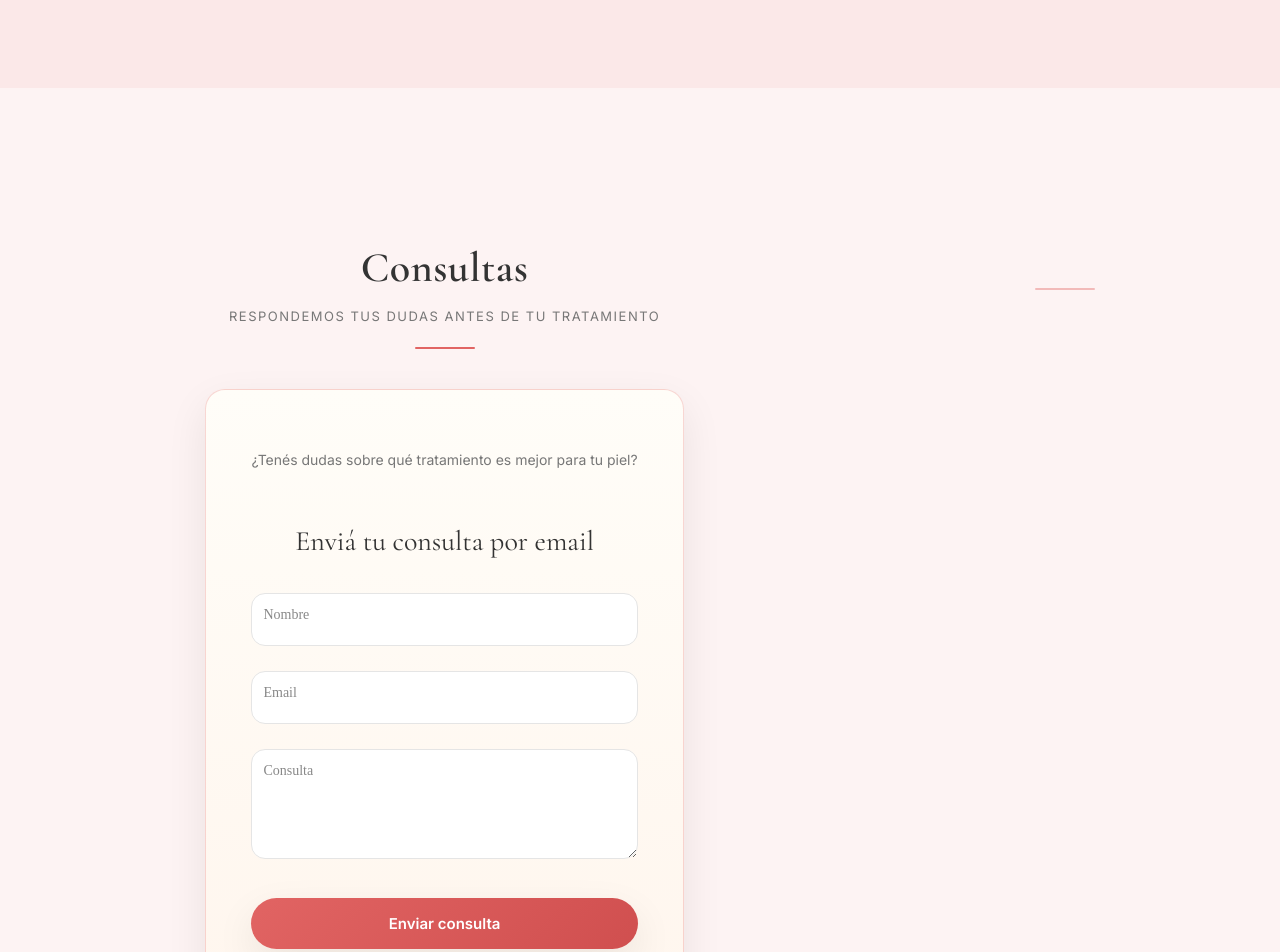
Repository: thiagobal1891-sudo/paginaweb
Page: pages/agenda.html
These files come from the project's save history. The page is drawn as it stood at one moment and after the next save; the edit follows.
The browser window is 1280 px wide. The pictures show the part of the page from y = 1171 to 2123 px (the page is 2625 px tall before and 2590 px after).
Some web fonts or font styles are not loaded; a fallback is used.

Above is the page before, as saved 2026-03-11 19:20:25.
Console error: ReferenceError: emailjs is not defined

### pages/agenda.html
<!DOCTYPE html>
<html lang="es">

<head>
  <meta charset="UTF-8">
  <meta name="viewport" content="width=device-width, initial-scale=1.0">
  <title>Fabiana Cosmetóloga</title>

  <!-- 🎨 Estilos locales -->
  <link rel="stylesheet" href="../css/style.css">

  <!-- 🪶 Tipografías -->
  <link rel="preconnect" href="https://fonts.googleapis.com">
  <link rel="preconnect" href="https://fonts.gstatic.com" crossorigin>
  <link
    href="https://fonts.googleapis.com/css2?family=Melodrama:wght@400;500;600;700&family=Inter:wght@100..900&family=Poppins:wght@100..900&family=Cormorant+Garamond:wght@300..700&display=swap"
    rel="stylesheet">

  <!-- ⭐ Font Awesome -->
  <link rel="stylesheet" href="https://cdnjs.cloudflare.com/ajax/libs/font-awesome/6.5.0/css/all.min.css"
    crossorigin="anonymous" referrerpolicy="no-referrer" />
</head>

<body>
  <header>
    <div class="container">
      <a href="../index.html" class="logo">
        <img src="../media/logo.png" alt="Logo de la marca">
      </a>
      <nav>
        <a href="servicios.html">SERVICIOS</a>
        <a href="agenda.html">AGENDA</a>
        <a href="info.html">INFO</a>
        <a href="contacto.html">CONTACTO</a>
      </nav>
    </div>
  </header>
<section id="agenda-ya" class="appear">

<div class="section-title">
  <h2>Agenda tu próxima cita</h2>
  <p>Elegí el horario disponible</p>
</div>

<div class="agenda-card">
  <iframe
  src="https://calendar.google.com/calendar/appointments/schedules/AcZssZ2eKdgVxdvbgrkUTVsqOwalHssheLS5kVcqAfOLuK-u68fTKpPQHXKQoJWOc8hcPsaKt-rAaWGU?gv=true"
  width="100%"
  height="600"
  style="border:0">
  </iframe>
</div>

</section>

<section id="consultas">

<div class="container">

<div class="section-title">
<h2>Consultas</h2>
<p>Respondemos tus dudas antes de tu tratamiento</p>
</div>

<div class="consulta-card">

<p class="consulta-sub">
¿Tenés dudas sobre qué tratamiento es mejor para tu piel?
</p>

<h3>Enviá tu consulta por email</h3>

<form id="consulta-form">

<div class="form-group">
<input type="text" name="user_name" required placeholder=" ">
<label>Nombre</label>
</div>

<div class="form-group">
<input type="email" name="user_email" required placeholder=" ">
<label>Email</label>
</div>

<div class="form-group">
<textarea name="message" rows="4" required placeholder=" "></textarea>
<label>Consulta</label>
</div>

<button type="submit" class="btn-enviar">
Enviar consulta
</button>

</form>

</div>

</div>

</section>


<footer class="footer">
  <div class="footer-container">

    <!-- Marca -->
    <div class="footer-brand">
      <h3>Fabiana Cosmetóloga</h3>
      <p>Cuidado profesional para tu piel</p>
    </div>

    <!-- Links internos -->
    <div class="footer-links">
      <a href="../index.html">Inicio</a>
      <a href="../pages/servicios.html">Servicios</a>
      <a href="../pages/agenda.html">Agenda</a>
      <a href="../pages/info.html">Info</a>
      <a href="../pages/contacto.html">Contacto</a>
    </div>

    <!-- Redes -->
    <div class="footer-social">
      <a href="https://wa.me/59894623252" target="_blank">
        <i class="fa-brands fa-whatsapp"></i>
      </a>
      <a href="https://www.instagram.com/fabicosmetologa" target="_blank">
        <i class="fa-brands fa-instagram"></i>
      </a>
    </div>

  </div>

  <div class="footer-bottom">
    <p>© 2026 Fabiana Cosmetóloga · Todos los derechos reservados</p>
  </div>
</footer>

  <!-- 📧 EmailJS -->
  <script src="https://cdn.jsdelivr.net/npm/emailjs-com@3/dist/email.min.js"></script>

  <!-- 🧠 Archivo JS externo -->
  <script src="../script.js" defer></script>


</body>

</html>

### css/style.css
@charset "UTF-8";

* {
  box-sizing: border-box;
}

html {
  scroll-behavior: smooth;
}


body {
  font-family: "Melodrama", serif;
  margin: 0;
}

@keyframes appear {
  from {
    opacity: 0;
    scale: 0.5;
  }
  to {
    opacity: 1;
    scale: 1;
  }
}
.appear{
opacity:0;
transform:translateY(40px);
transition:all .8s ease;
}

.appear.show{
opacity:1;
transform:translateY(0);
}
h1 {
  font-size: 3rem;
  line-height: 1.1;
}

h2 {
  font-size: 2rem;
  line-height: 1.2;
}

p {
  font-size: 1rem;
  line-height: 1.6;
}

h3 {
  font-size: 0.9em;
  font-family: "Inter", sans-serif;
  font-weight: 400;
  letter-spacing: 1.5px;
  color: #f3c1c1; /* tono más delicado que rojo fuerte */
  text-transform: uppercase;
}

section{
position:relative;
}

section::after{
content:"";
display:block;
width:60px;
height:2px;
background:#E16463;
margin:80px auto 0;
opacity:.4;
border-radius:2px;
}


.info_carta {
  font-size: 0.75em;
  color: #f2f2f2;
  font-family: "Inter", sans-serif;
  line-height: 1;
  margin-bottom: 2px;
  max-width:450px;
}


ul {
  list-style: none;
  padding-left: 0;
  font-size: 0.75em;
  font-family: "Inter", sans-serif;
  color: #ffffff;
}

ul li {
  margin-bottom: 4px;
  line-height: 1.3;
  padding-left: 22px;
  position: relative;
  opacity: 0.95;
  transition: transform 0.3s ease, opacity 0.3s ease;
}


ul li::before {
  content: "✧";
  position: absolute;
  left: 0;
  top: 0;
  color: #f3c1c1;
  font-size: 0.75em;
}


button {
  font-size: 1.5em;
  font-weight: 400;
  padding: 10px 30px;
  border-radius: 10px;
  border: 1.5px solid rgb(84, 84, 84);
  box-shadow: 0 15px 40px rgba(0,0,0,.08);
  color: white;
  background-color: #d86a6a;
  font-family: "Inter", sans-serif;
  transition: all 0.3s ease;
  cursor: pointer;
  font-weight: bold;
}

button:hover {
  background-color: white;
  color: #E16463;
  border-color: white;
}

.container {
  max-width: 1400px;
  margin: auto;
  padding:0 20px;
}
.container > *:not(:last-child){
margin-bottom:40px;
}
header {
  position: fixed;
  width: 100%;
  top: 0;
  left: 0;
  background-color: white;
  z-index: 1000;
  max-height: 120px;
  box-shadow: 0 15px 40px rgba(0,0,0,.08);
}

header .logo {
  display: flex;
  align-items: center;
  justify-content: flex-start;
}

header .logo img {
  width: 140px;
  /* ajusta según tu diseño */
  height: 90px;
  border-radius: 2px;
  margin-bottom: 10px;
}

header .container {
  display: flex;
  flex-direction: column;
  align-items: center;
}

header nav {
  display: flex;
  flex-direction: row;
  /* 🔹 cambia "column" por "row" */
  justify-content: center;
  /* opcional: centra los ítems horizontalmente */
  align-items: center;
  /* opcional: los alinea verticalmente */
  text-align: center;
}

header a {
  padding: 0px 5px;
  text-decoration: none;
  color: rgb(84, 84, 84);
  display: inline-block;
  font-family: "Inter", sans-serif;
  margin: 0 5px;
  font-size:14px;
letter-spacing:1px;
}

header a:hover {
  color:#E16463;
}

#hero {
    display: flex;
    align-items: flex-start;
    justify-content: center;
    text-align: left;
    flex-direction: column;
    min-height: 90vh;
    background-image: linear-gradient(0deg, rgba(0, 0, 0, 0.5),
      rgba(0, 0, 0, 0.5)),
      url("../media/fotopiel-rutina-de-skincare-cuidado-facial.webp");
      background-repeat: no-repeat;
      background-size: cover;
      background-position: center center; }

#hero h1 {
  color: white;
  font-family: "Cormorant Garamond";
  font-weight: 600;
  align-self: flex-start;
  text-align: left;
  padding-left: 50px;
  font-size: 5.5rem;
  max-width:700px;
  animation:heroFade 1.2s ease;
}
@keyframes heroFade{
from{
opacity:0;
transform:translateY(40px);
}
to{
opacity:1;
transform:translateY(0);
}
}
#hero button {
  font-size: 1.75em;
  align-self: flex-start;
  margin-left: 150px;
  margin-top: 25px;
  animation:heroFade 1.6s ease;
}


.section-title{
text-align:center;
margin-bottom:60px;
position:relative;
}

.section-title h2{
font-family:"Cormorant Garamond", serif;
font-size:36px;
font-weight:600;
color:#333;
margin-bottom:10px;
letter-spacing:0.5px;
}

.section-title p{
font-family:"Inter", sans-serif;
font-size:13px;
color:#777;
letter-spacing:1.5px;
text-transform:uppercase;
}

/* línea elegante */
.section-title::after{
content:"";
display:block;
width:60px;
height:2px;
background:#E16463;
margin:20px auto 0;
border-radius:2px;
}
.carousel_infocosmet {
  width: 100%;
  overflow: hidden;
  position: relative;
  background-color:  rgba(225,100,99,.15);
  padding:90px 0;
}
.carousel-track{
display:flex;
transition:transform .9s cubic-bezier(.22,.61,.36,1);
}
.slide{
min-width:100%;
width:100%;
flex-shrink:0;
display:flex;
align-items:flex-start;
justify-content:center;
gap:40px;
position:relative;
  opacity:1;
  transform:scale(1);
  transition:all .5s ease;
}
.slide.active{
opacity:1;
transform:scale(1);
}
.slide:hover img{
transform:scale(1.04);
}
.slide:hover .img-wrapper{
box-shadow:0 15px 40px rgba(0,0,0,.08);
}
.img-wrapper{
position:relative;
width:100%;
max-width:520px;
height:320px;
overflow:hidden;
border-radius:12px;
margin:0 auto;
display: block;
box-shadow:0 15px 40px rgba(0,0,0,.08);
transition:all .4s ease;
}

.img-wrapper .badge{
position:absolute;
left:12px;

display:inline-block;

background:rgba(0,0,0,0.55);
backdrop-filter:blur(4px);

color:white;
font-family:"Inter", sans-serif;
font-size:11px;
letter-spacing:1.5px;

padding:6px 14px;
border-radius:20px;

white-space:nowrap;

z-index:5;

box-shadow:0 15px 40px rgba(0,0,0,.08);
border:1px solid rgba(255,255,255,0.15);
}
.img-wrapper img {
width:100%;
height:100%;
object-fit:cover;
display: block;
transition:transform .6s ease, filter .6s ease;
}

.img-wrapper:hover{
transform:translateY(-4px);
box-shadow:0 15px 40px rgba(0,0,0,.08);
}
.badge.top{
top:12px;
}

.badge.bottom{
bottom:12px;
}
#infocosmet .img-wrapper{
position:relative;
overflow:hidden;
}

#infocosmet .badge{
position:absolute;
left:12px;
background:rgba(0,0,0,.55);
backdrop-filter:blur(4px);
color:white;
font-family:"Inter",sans-serif;
font-size:11px;
letter-spacing:1.5px;
padding:6px 14px;
border-radius:20px;
white-space:nowrap;
z-index:20;
}

#infocosmet .badge.top{
top:12px;
}

#infocosmet .badge.bottom{
bottom:12px;
}


#Tratamientos .container{
  background: linear-gradient(180deg, #fffdf8, #fff6ee);
  box-shadow: 0 15px 40px rgba(0,0,0,.08);
}




.carousel-wrapper{
overflow:hidden;
max-width:1200px;
margin:0 auto;
position:relative;
}

/* TRACK */
.carta-tratamientos{
display:flex;
gap:30px;
overflow-x:auto;
scroll-snap-type:x mandatory;
scroll-behavior:smooth;
padding:10px;
}

/* ocultar scrollbar */
.carta-tratamientos::-webkit-scrollbar{
display:none;
}

/* CARTAS */
.carta{
flex:0 0 100%;
scroll-snap-align:center;
height:520px;
border-radius:12px;
background:white;
padding:40px;
background-size:cover;
background-position:center;
position:relative;
overflow: hidden;
}

.carta::before{
content:"";
position:absolute;
top:0;
left:0;
width:100%;
height:3px;
background:#E16463;
transform:scaleX(0);
transform-origin:left;
transition:transform 0.3s ease;
}

.carta:hover::before{
transform:scaleX(1);
}
/* Asegura que el contenido quede arriba */
.carta > * {
  position: relative;
  z-index: 2;
}
.carta h3{
margin-bottom:10px;
}

.carta p{
margin-bottom:10px;
}

.carta ul{
margin-top:10px;
}

.carta:hover::after{
left:100%;
}



.carta:hover ul li {
  transform: translateX(4px);
  opacity: 1;
}
.carta:hover h3{
color:#E16463;
}
.carta,
.agenda-card,
.consulta-card{
transition:all .35s ease;
}

.carta:hover,
.agenda-card:hover,
.consulta-card:hover{
transform:translateY(-6px);
box-shadow:0 20px 50px rgba(0,0,0,.12);
}
/* FLECHAS */
.arrow {
  all: unset;              /* 🔥 reset total del botón */
  position: absolute;
  top: 50%;
  transform: translateY(-50%);
  z-index: 999;
  width: 40px;
  height: 40px;
  border-radius: 50%;
  background: rgba(0,0,0,0.6);
  color: white;
  display: flex;
  align-items: center;
  justify-content: center;
  cursor: pointer;
}


.arrow.left {
  left: 15px;
}

.arrow.right {
  right: 15px;
}


.carta:first-child {
  background-image: linear-gradient(0deg, rgba(0, 0, 0, 0.5), rgba(0, 0, 0, 0.5)), url("../media/Tratamientos-3.jpg");
}

.carta:nth-child(2) {
  background-image: linear-gradient(0deg, rgba(0, 0, 0, 0.5), rgba(0, 0, 0, 0.5)), url("../media/Tratamientos-2.jpg");
}

.carta:nth-child(3) {
  background-image: linear-gradient(0deg, rgba(0, 0, 0, 0.5), rgba(0, 0, 0, 0.5)), url("../media/Tratamientos-1.jpg");
}

.carta:nth-child(4) {
  background-image: linear-gradient(0deg, rgba(0, 0, 0, 0.5), rgba(0, 0, 0, 0.5)), url("../media/Tratamientos-1.jpg");
}

.carta:nth-child(5) {
  background-image: linear-gradient(0deg, rgba(0, 0, 0, 0.5), rgba(0, 0, 0, 0.5)), url("../media/Tratamientos-2.jpg");
}

.carta:nth-child(6) {
  background-image: linear-gradient(0deg, rgba(0, 0, 0, 0.5), rgba(0, 0, 0, 0.5)), url("../media/Tratamientos-1.jpg");
}

.carta:nth-child(7) {
  background-image: linear-gradient(0deg, rgba(0, 0, 0, 0.5), rgba(0, 0, 0, 0.5)), url("../media/Tratamientos-1.jpg");
}

#caracteristicas {
  background: #fff9ec;
  padding: 180px 20px;
}

#caracteristicas .container {
  display: flex;
  justify-content: center;
}

#caracteristicas .contact-card {
  width: 100%;
  max-width: 700px;
  background: #fffdf8;
  border: 2px solid #E16463;
  border-radius: 30px;
  padding: 40px 50px;
  text-align: center;
  box-shadow: 0 15px 40px rgba(0,0,0,.08);
}


/* Títulos */
#caracteristicas .contact-card {
  background: linear-gradient(180deg, #fffdf8, #fff6ee);
  border: 2px solid rgba(225,100,99,.6);
  box-shadow: 0 15px 40px rgba(0,0,0,.08);
}


#caracteristicas .contact-card h3 {
  font-weight: normal;
  font-style: italic;
  margin-bottom: 40px;
  color: #E16463;
}

/* Items */
#caracteristicas .contact-item {
  display: flex;
  align-items: center;
  gap: 20px;
  text-align: left;
}

#caracteristicas .contact-item i {
  font-size: 28px;
  color: #E16463;
}

/* Textos */
#caracteristicas .label {
  display: block;
  font-size: 14px;
  opacity: 0.7;
}

#caracteristicas .valor {
  font-size: 18px;
  font-weight: 600;
  color: #E16463;
  text-decoration: none;
}

/* Separadores */
#caracteristicas .contact-card hr {
  border: none;
  border-top: 1px solid #E16463;
  margin: 25px 0;
}

#agenda-ya{
padding:120px 20px;
background:rgba(225,100,99,.15);
}

.agenda-card{
max-width:900px;
margin:auto;
background:white;
padding:30px;
border-radius:20px;
box-shadow:0 15px 40px rgba(0,0,0,.08);
border:1px solid rgba(225,100,99,.2);
}

/* contenedor elegante del calendario */
#agenda-ya iframe{
max-width:900px;
width:100%;
height:650px;
border-radius:20px;
background:white;
box-shadow:0 15px 40px rgba(0,0,0,.08);
border:1px solid rgba(225,100,99,.2);
padding:10px;
}

.contact-item a {
  position: relative;
  text-decoration: none;
  color: #E16463; /* color de marca */
  font-weight: 500;
}


.contact-item a::after {
  content: "";
  position: absolute;
  left: 0;
  bottom: -3px;
  width: 0;
  height: 1px;
  background-color: #E16463;
  transition: width 0.3s ease;
}

.contact-item a:hover::after {
  width: 100%;
}

.link-icon {
  font-size: 0.15em;   /* más pequeño */
  margin-left: 4px;
  opacity: 0.6;       /* más sutil */
  transition: all 0.3s ease;
}
.contact-item a:hover .link-icon {
  opacity: 1;
  transform: translateY(-1px);
}


#consultas{
padding:120px 20px;
background:rgba(225,100,99,.08);
display:flex;
justify-content:center;
}
#consultas .container{
display:flex;
flex-direction:column;
align-items:center;
justify-content:center;
max-width:600px;
margin:0 auto;
}
.consulta-card{
background:linear-gradient(180deg,#fffdf8,#fff6ee);
padding:45px;
border-radius:20px;
box-shadow:0 15px 40px rgba(0,0,0,.08);

width:100%;
max-width:600px;

border:1px solid rgba(225,100,99,.25);

margin:0 auto;

display:flex;
flex-direction:column;
align-items:center;
}
.consulta-sub{
text-align:center;
font-family:"Inter", sans-serif;
font-size:14px;
color:#777;
margin-bottom:25px;
}
.consulta-card form{
width:100%;
max-width:500px;
margin:auto;
}
.consulta-card h3{
margin-bottom:35px;
text-align:center;
font-family:"Cormorant Garamond", serif;
font-size:28px;
color:#333;
letter-spacing:0;
text-transform:none;
width:100%;
}

/* INPUTS MODERNOS */
.form-group {
  position: relative;
  margin-bottom: 25px;
}
.form-group input,
.form-group textarea{
width:100%;
padding:16px 14px;
border-radius:14px;
border:1px solid #e5e5e5;
font-size:15px;
font-family:"Inter", sans-serif;
outline:none;
transition:all .3s ease;
background:#fff;
}

.form-group input:focus,
.form-group textarea:focus{
border-color:#E16463;
box-shadow:0 0 0 3px rgba(225,100,99,.15);
}
/* LABEL flotante */
.form-group label {
  position: absolute;
  left: 12px;
  top: 14px;
  font-size: 14px;
  color: #888;
  transition: 0.3s ease;
  pointer-events: none;
}

.form-group input:focus + label,
.form-group input:not(:placeholder-shown) + label,
.form-group textarea:focus + label,
.form-group textarea:not(:placeholder-shown) + label {
  top: -8px;
  left: 10px;
  font-size: 12px;
  background: white;
  padding: 0 5px;
  color: #E16463;
}

.btn-enviar{
width:100%;
padding:16px;
border-radius:30px;
border:none;
background:linear-gradient(135deg,#E16463,#d04f4f);
color:white;
font-weight:600;
font-size:15px;
cursor:pointer;
transition:all .3s ease;
margin-top:10px;
}

.btn-enviar:hover{
transform:translateY(-2px);
box-shadow:0 15px 40px rgba(0,0,0,.08);
}

.sobre-nosotros {
  padding: 140px 10%;
  background-color: #f3f3f3;
}

.sobre-nosotros h2 {
  text-align: center;
  font-size: 2.2rem;
  color: #E16463;
  margin-bottom: 60px;
  font-weight: bold;
  margin-top: 100px;
}

.sobre-container {
  display: flex;
  align-items: center;
  justify-content: space-between;
  gap: 60px;
  flex-direction: column;
}

.sobre-texto {
  flex: 1;
  text-align: center;
  font-family: "Cormorant Garamond", serif;
  font-size: 28px;
}

.sobre-texto p {
  font-size: 1.8rem;
  line-height: 1.5;
  margin-bottom: 40px;
}

.link-servicios {
  display: block;
  margin-bottom: 20px;
  font-size: 1rem;
}

.btn-vermas {
  display: inline-flex;
  align-items: center;
  justify-content: center;
  padding: 12px 28px;
  border-radius: 6px;
  font-size: 1rem;
  cursor: pointer;
  font-style: italic;


  background-color: #E16463;   /* 🔥 faltaba esto */
  color: white;                /* 🔥 y esto */
  text-decoration: none;       /* 🔥 importante en <a> */
  border: 1.5px solid #E16463;
  transition: all 0.3s ease;
}

.btn-vermas:hover {
  background-color: white;
  color: #E16463;
}

.sobre-img {
  flex: 1;
}

.sobre-img img {
  width: 100%;
  height: auto;
  display: block;
}

.whatsapp-float{
position:fixed;
bottom:25px;
right:25px;
width:60px;
height:60px;
background:#25D366;
color:white;
border-radius:50%;
display:flex;
align-items:center;
justify-content:center;
font-size:30px;
box-shadow:0 15px 40px rgba(0,0,0,.08);
z-index:1000;
transition:all .3s ease;
}

.whatsapp-float:hover{
transform:scale(1.1);
}

.footer {
  background: #111;
  color: #fff;
  padding: 50px 20px 25px;
}

.footer-container {
  display: flex;
  flex-direction: column;
  align-items: center;
  gap: 35px;
  text-align: center;
}

/* Marca */
.footer-brand h3 {
  font-size: 20px;
  margin-bottom: 8px;
}

.footer-brand p {
  font-size: 14px;
  opacity: 0.7;
}

/* Links */
.footer-links {
  display: flex;
  flex-direction: column;
  gap: 15px;
}

.footer-links a {
  text-decoration: none;
  color: #fff;
  font-size: 15px;
  transition: 0.3s;
}

.footer-links a:active {
  color: #E16463;
}

/* Redes */
.footer-social {
  display: flex;
  gap: 30px;
  margin-top: 10px;
}

.footer-social a {
  font-size: 28px;
  color: #fff;
  transition: 0.3s;
}

.footer-social a:active {
  transform: scale(0.9);
  color: #E16463;
}

/* Línea inferior */
.footer-bottom {
  margin-top: 40px;
  padding-top: 20px;
  border-top: 1px solid rgba(255,255,255,0.15);
  font-size: 13px;
  opacity: 0.6;
}

@media (max-width:480px){

.img-wrapper{
height:240px;
}

}

@media (min-width: 768px){

#hero {
  align-items: center;
  text-align: center;
  padding: 0 10%;
}

#hero h1 {
  padding-left: 0;
  align-self: center;
}

#hero button {
  margin-left: 0;
  align-self: center;
}

header .container {
  flex-direction: row;
  justify-content: space-between;
  align-items: center;
  padding: 0 40px;
}

header nav {
  gap: 25px;
}

.slide {
  flex-direction: row;
  justify-content: center;
  gap: 40px;
}
.slide::after{
content:"";
position:absolute;
top:50%;
left:50%;
transform:translate(-50%,-50%);
width:1px;
height:70%;
background:linear-gradient(
to bottom,
transparent,
rgba(225,100,99,0.4),
transparent
);
pointer-events:none;
}

.slide img{
max-width:450px;
height:260px;
}

/* 🔥 CARRUSEL TRATAMIENTOS (ARREGLADO) */
.carta-tratamientos{
  display:flex;
  gap:30px;
}

.carta{
  flex:0 0 calc((100% - 30px) / 2);
  height:520px;
  border-radius:20px;
}

.sobre-container {
  flex-direction: row;
  align-items: center;
  text-align: left;
}

.sobre-texto {
  text-align: left;
}

.sobre-texto p {
  font-size: 1.5rem;
}

#caracteristicas {
  padding: 120px 20px;
}

.footer-container {
  flex-direction: row;
  justify-content: space-between;
  align-items: flex-start;
  text-align: left;
  max-width: 1200px;
  margin: auto;
}

}


@media (min-width: 1024px) {
  #hero {
  align-items: center;
  text-align: center;
  padding: 0 10%;
}

#hero h1 {
  font-size: 4.5em;
  padding-left: 0;
  align-self: center;
}

#hero button {
  margin-left: 0;
  align-self: center;
}
header .container {
  flex-direction: row;
  justify-content: space-between;
  align-items: center;
  padding: 0 40px;
}

header nav {
  gap: 25px;
}


.slide {
  display: flex;
  flex-direction: row;
  justify-content: center;
  gap: 40px;
}

/* Contenedor de cada imagen */
.img-wrapper {
  width: 450px;
  height: 260px;
  overflow: hidden;
  border-radius: 15px;
}

/* Imagen */
.img-wrapper img {
  width:100%;
  height:100%;
  object-fit:cover;
  display: block;
}

#Tratamientos {
  padding:120px 10%;
  background-color: rgba(225,100,99,.15);
}
#Tratamientos .container {
  background: linear-gradient(180deg, #fffdf8, #fff6ee);
  padding: 80px 0;
}


/* WRAPPER GENERAL */
.carousel-wrapper {
  overflow: hidden;
  max-width:1200px;
  margin:0 auto;
}

/* CONTENEDOR DE TODAS LAS CARTAS */
.carta-tratamientos{
display:flex;
gap:30px;
transition: transform 0.5s ease;
}

.carta{
flex:0 0 calc((100% - 30px) / 2);
min-height:520px;
height:auto;
border-radius:20px;
padding:50px 60px;
}




.arrow {
  all: unset;
  position: absolute;
  top: 50%;
  transform: translateY(-50%);
  z-index: 5;
  width: 40px;
  height: 40px;
  border-radius: 50%;
  color: white;
  display: flex;
  align-items: center;
  justify-content: center;
  cursor: pointer;
  background-color: rgba(225,100,99,.08);
}

.arrow.left {
  left: 10px;
}

.arrow.right {
  right: 10px;
}

.section-title h2{
font-size:42px;
}

.section-title{
margin-bottom:80px;
}

.sobre-container {
  flex-direction: row;
  align-items: center;
  text-align: left;
}

.sobre-texto {
  text-align: left;
}

.sobre-texto p {
  font-size: 1.5rem;
}
#caracteristicas {
  padding: 120px 20px;
}
#agenda-ya{
padding:120px 20px;
}
.footer-container {
  flex-direction: row;
  justify-content: space-between;
  align-items: flex-start;
  text-align: left;
  max-width: 1200px;
  margin: auto;
}


}

Loaded but not shown: script.js (122 lines, source omitted)

After the next save:
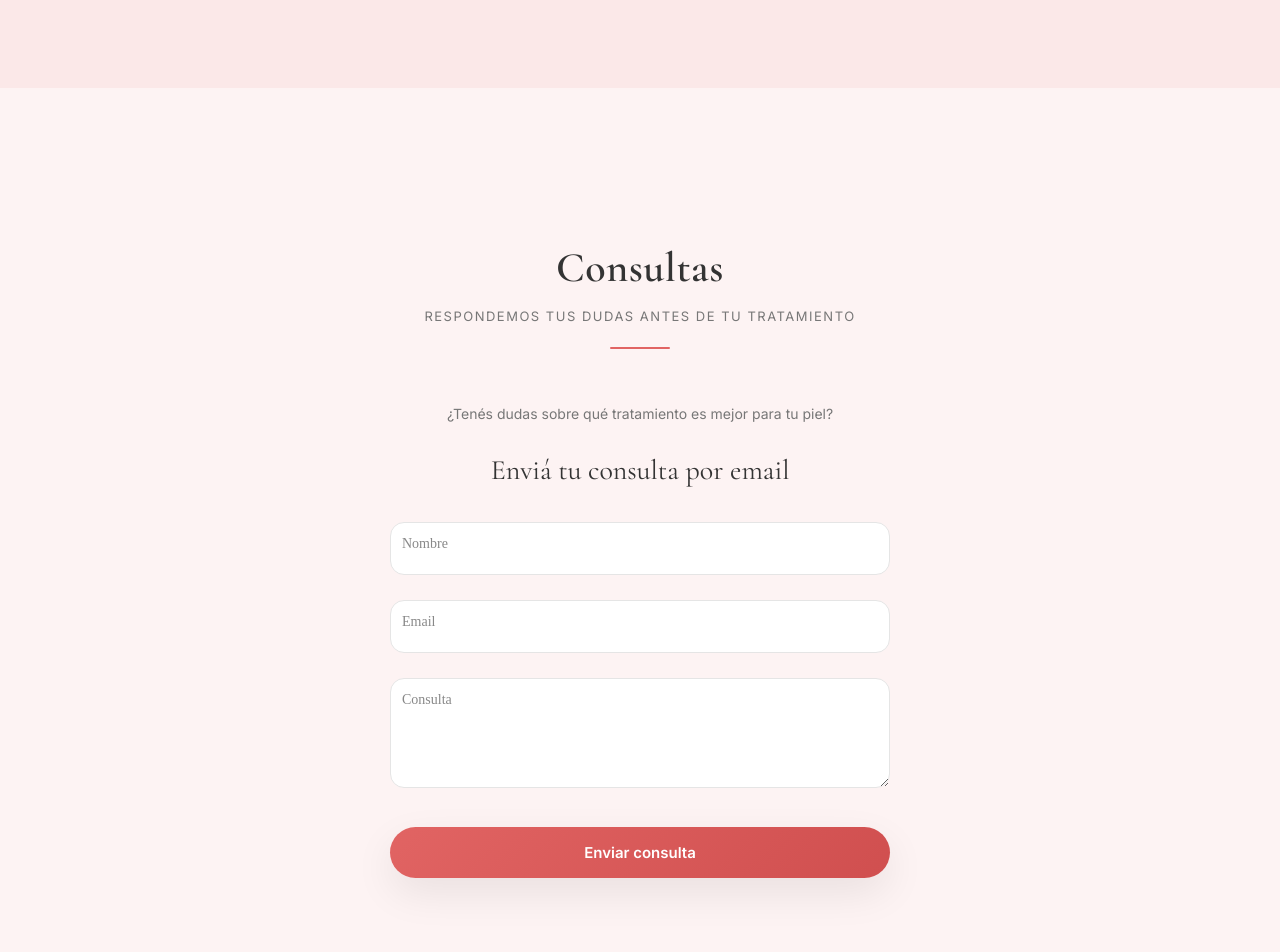
Saved 3 min 42 s later.
--- a/css/style.css
+++ b/css/style.css
@@ -688,33 +688,20 @@ padding:10px;
 #consultas{
 padding:120px 20px;
 background:rgba(225,100,99,.08);
-display:flex;
-justify-content:center;
-}
+}
+
 #consultas .container{
 display:flex;
 flex-direction:column;
 align-items:center;
-justify-content:center;
+max-width:700px;
+margin:0 auto;
+}
+
+.consulta-card{
+width:100%;
 max-width:600px;
 margin:0 auto;
-}
-.consulta-card{
-background:linear-gradient(180deg,#fffdf8,#fff6ee);
-padding:45px;
-border-radius:20px;
-box-shadow:0 15px 40px rgba(0,0,0,.08);
-
-width:100%;
-max-width:600px;
-
-border:1px solid rgba(225,100,99,.25);
-
-margin:0 auto;
-
-display:flex;
-flex-direction:column;
-align-items:center;
 }
 .consulta-sub{
 text-align:center;
